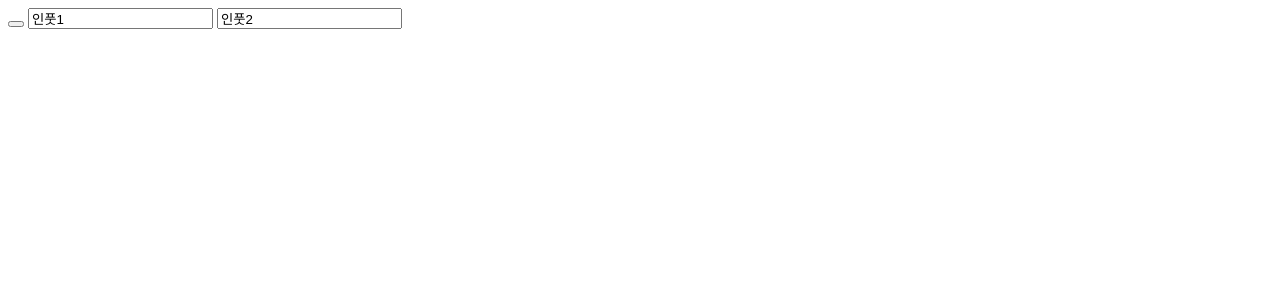
Repository: bum12ark/funding-throgh-blockchain
Page: http://localhost/spring_ftbc/KakaoTest/formTest.jsp
These files come from the project's save history. The page is drawn as it stood at one moment and after the next save; the edit follows.
The browser window is 1280 px wide. The pictures show the whole page.
The page is served by Tomcat 9. Nobody is signed in. The application's start-up code is not run.

Above is the page before, as saved 2019-10-29 13:01:04.

After the next save:
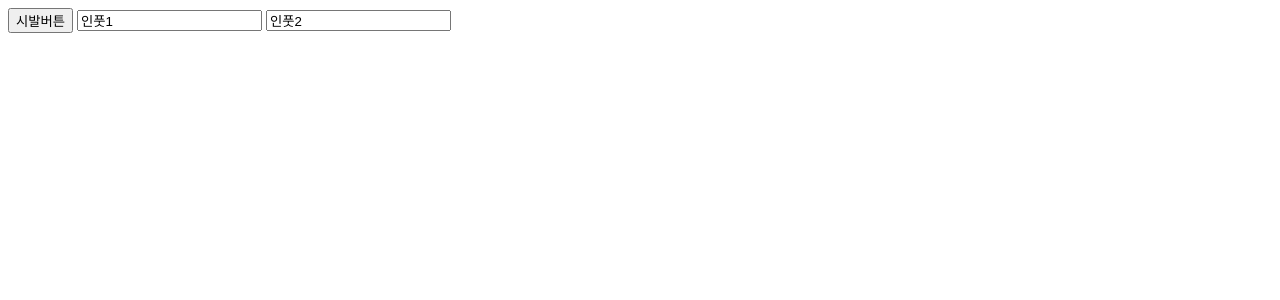
Saved 16 s later.
--- a/workspace_ftbc_spring/spring_ftbc/src/main/webapp/KakaoTest/formTest.jsp
+++ b/workspace_ftbc_spring/spring_ftbc/src/main/webapp/KakaoTest/formTest.jsp
@@ -15,7 +15,7 @@
 		}
 	</script>
 	<div id="div_t">
-		<button onclick="formTest" value="시발버튼"></button>
+		<button onclick="formTest">시발버튼</button>
 		<input type="text" value="인풋1">
 		<input type="text" value="인풋2">
 	</div>
